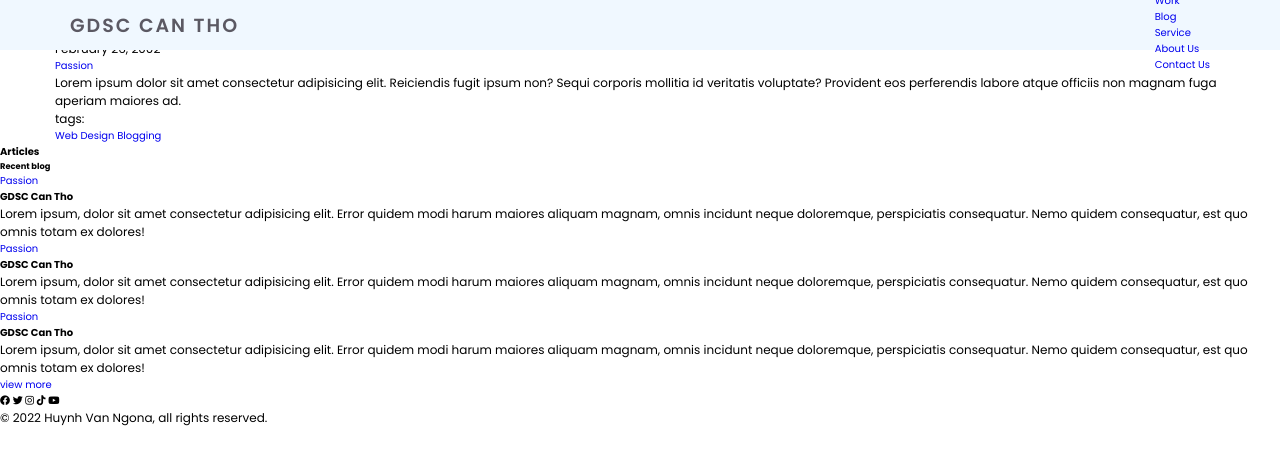
Repository: huynhvanngoan/TaskTeam5
Page: BlogPost/HTML/index.html
An editor plug-in stored every save of this project. The page is shown before and after the next save, followed by the edit.
The browser window is 1280 px wide. The pictures show the whole page.

Above is the page before, as saved 2022-10-17 00:11:27.

After the next save:
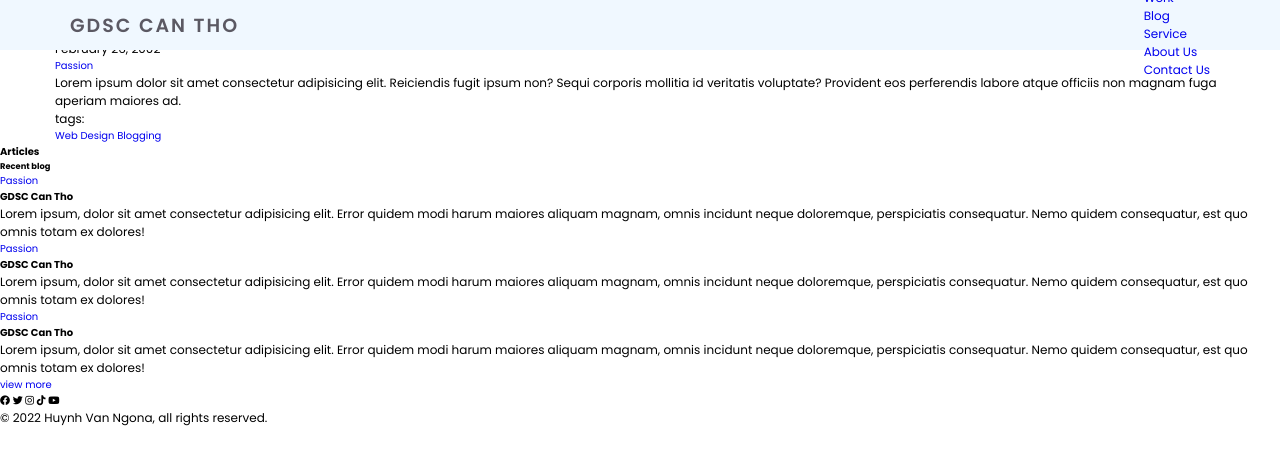
Saved 9 s later.
--- a/BlogPost/CSS/style.css
+++ b/BlogPost/CSS/style.css
@@ -57,5 +57,6 @@ header{
     align-items: center;
 }
 .navbar ul a{
+    font-size: 1.2rem;
 
 }
